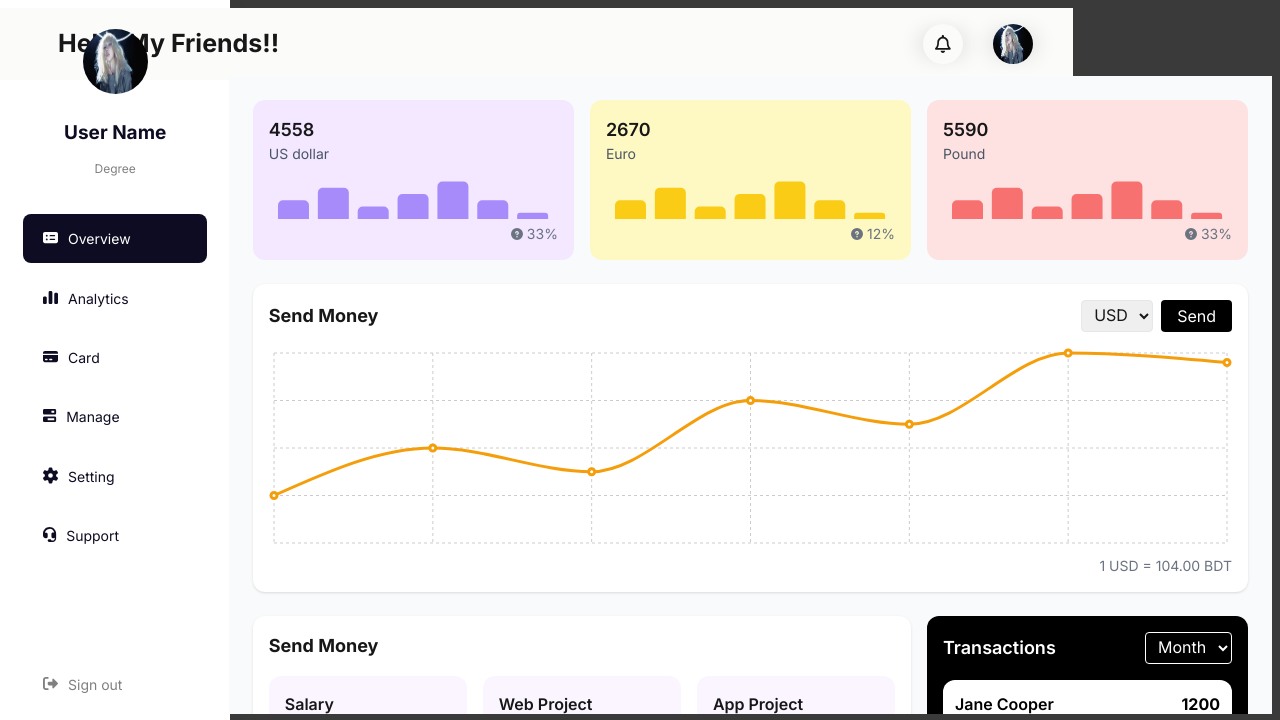
Repository: conGaStuer/airdropmamager
Page: /
The author's editor kept a copy of each file at every save. The page is drawn from the files as they stood at one save, then again after the next save.
The browser window is 1280 px wide. The pictures show the whole page.
An inner scrolling area shows only its first screen. The project was rebuilt for these pictures with package versions that can differ from the ones it lists, and the page was loaded fresh each time. The framework's server and built-in components were replaced by stand-ins that run in the browser. Also part of the build but not shown: next.config.ts.

Above is the page before, as saved 2025-05-26 19:14:42.

After the next save:
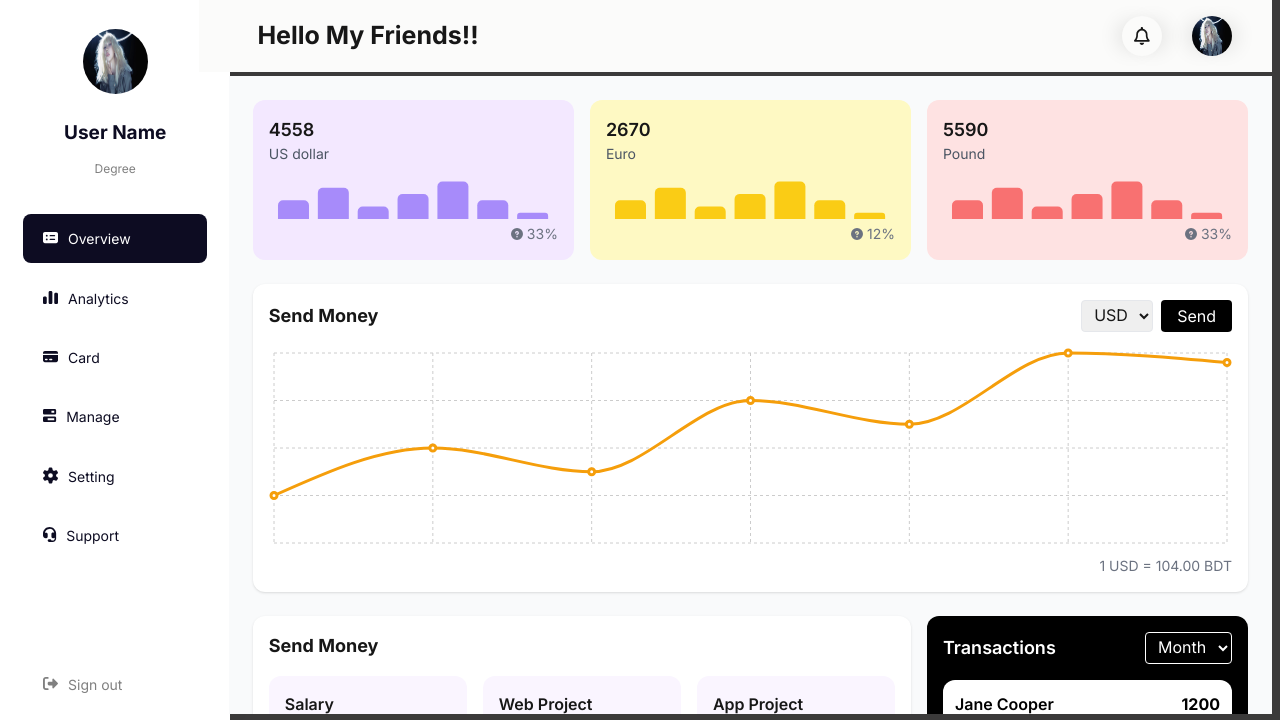
Saved 5 s later.
--- a/src/styles/navbar.scss
+++ b/src/styles/navbar.scss
@@ -14,7 +14,8 @@
   background-color: #fbfbfa;
   position: fixed;
   float: right;
-  top: 1.1%;
+  right: 8px;
+
   border-bottom-right-radius: 0px;
   @include center-div();
   padding-left: 30px;
